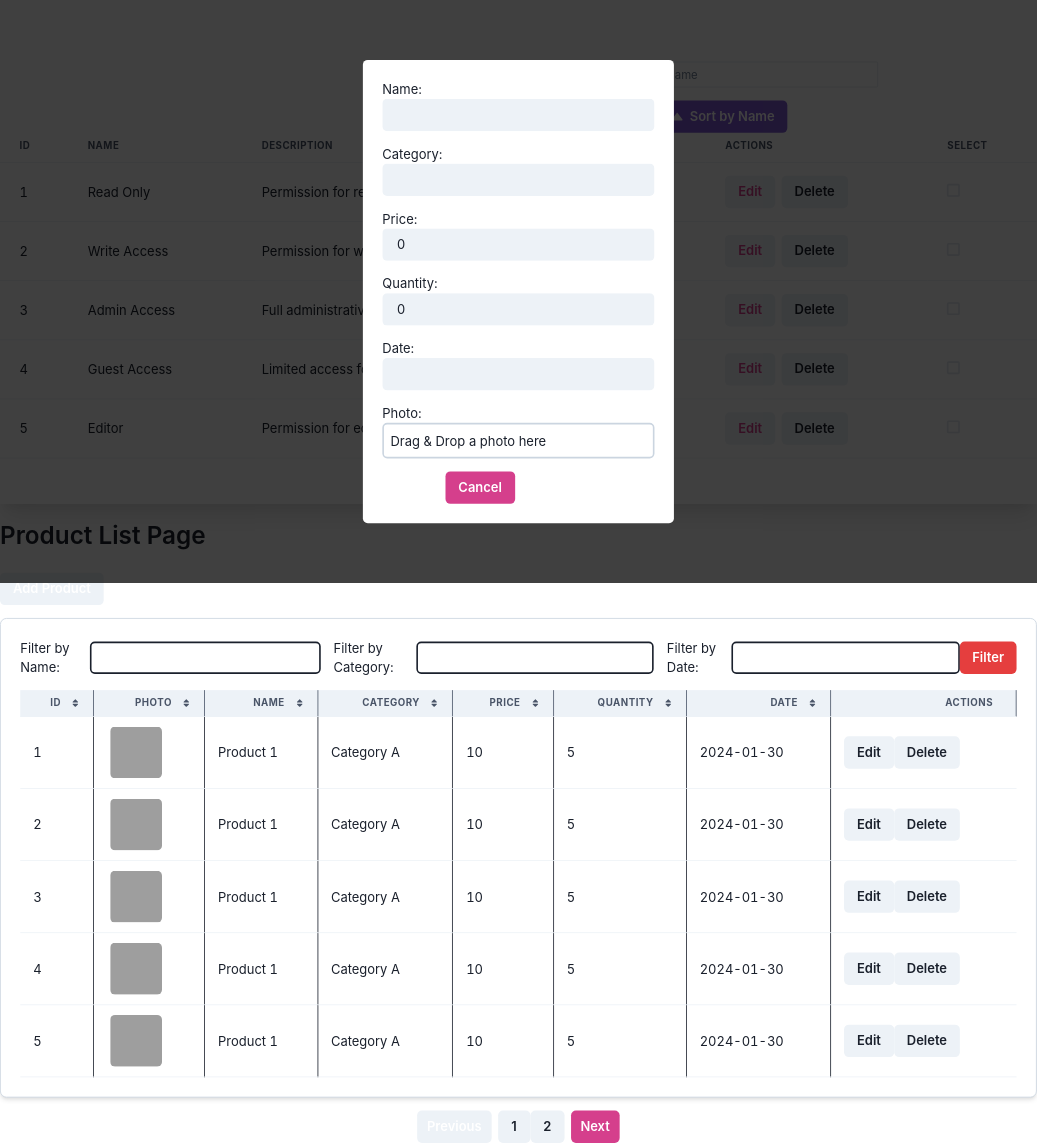
Repository: Andarg01/chakra-dashboard
Page: /, after clicking the first element matching `button.css-1vyzawn`
These files come from the project's save history. The page is drawn as it stood at one moment and after the next save; the edit follows.
The browser window is 1280 px wide. The pictures show the whole page, at 81% of full size.
Pictures or frames that could not be fetched are drawn as grey boxes. The project was rebuilt for these pictures with package versions that can differ from the ones it lists, and the page was loaded fresh each time.

Above is the page before, as saved 2024-03-05 05:57:10.

After the next save:
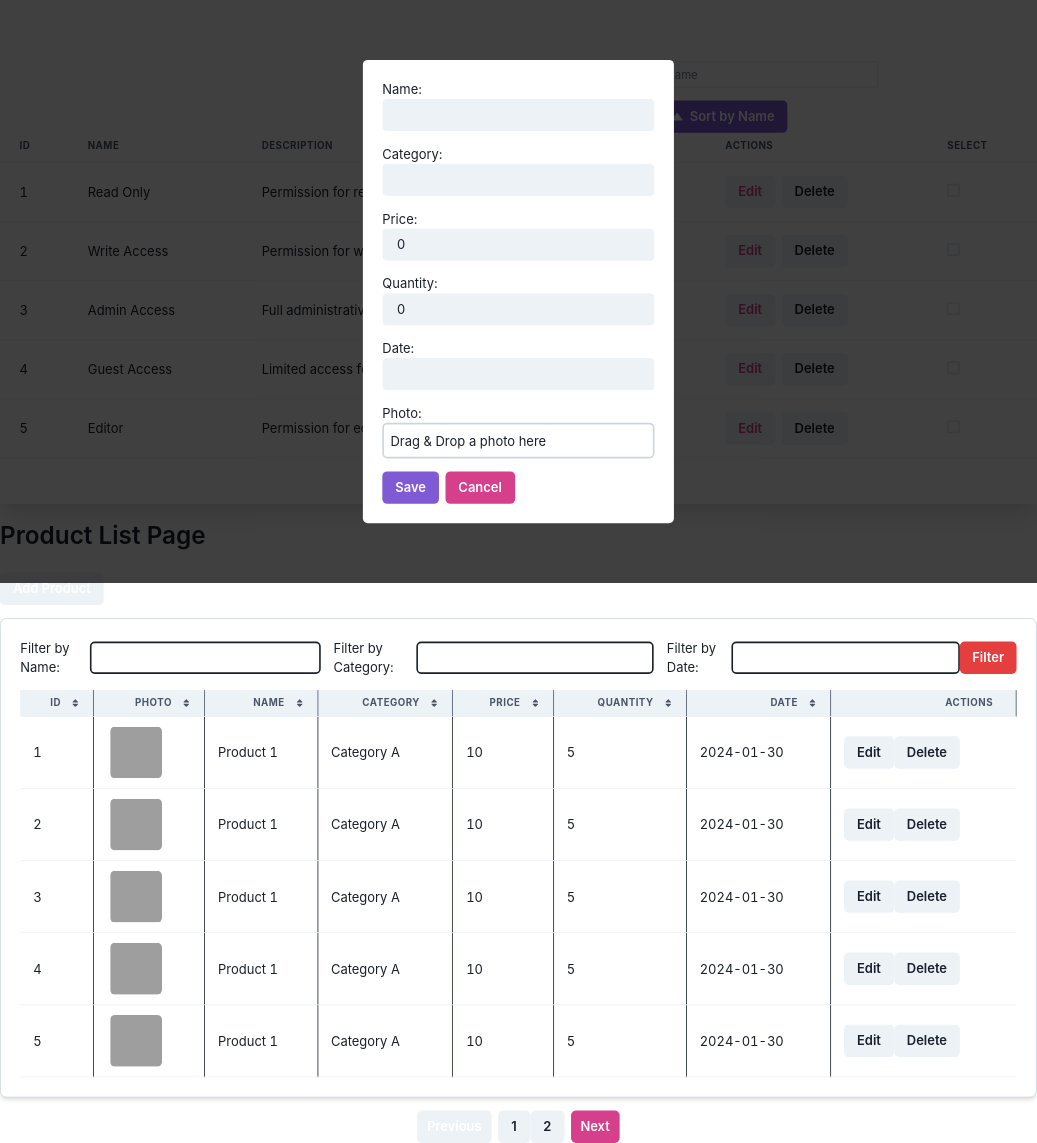
Saved 3 h 28 min later.
--- a/src/ProductModal.tsx
+++ b/src/ProductModal.tsx
@@ -163,7 +163,7 @@ const ProductModal: React.FC<ProductModalProps> = ({ product, onClose, onSave })
           </Box>
         </Box>
 
-        <Button onClick={handleSave} colorScheme="indigo" mr={2}>
+        <Button onClick={handleSave} colorScheme="purple" mr={2}>
           Save
         </Button>
         <Button onClick={onClose} colorScheme="pink">
